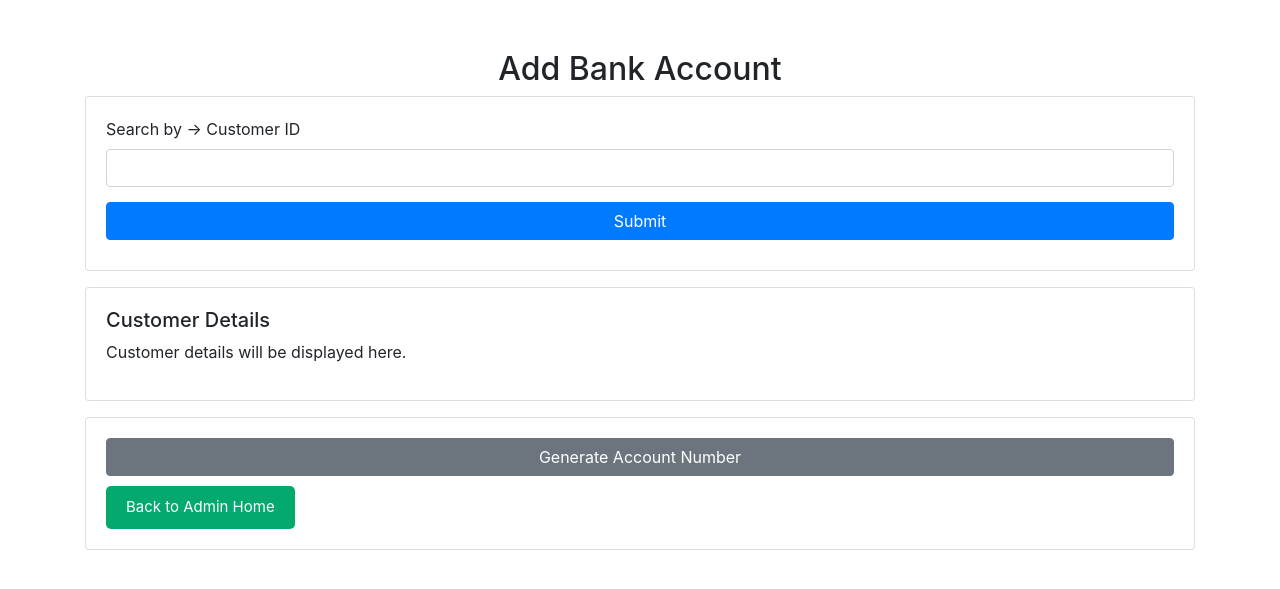
Repository: SuyashAwasthy/Javaee
Page: http://localhost/13-bank-application-mvc/addBankAccountNumber.jsp
The author's editor kept a copy of each file at every save. The page is drawn from the files as they stood at one save, then again after the next save.
The browser window is 1280 px wide. The pictures show the whole page.
The page is served by Tomcat 9.

Above is the page before, as saved 2024-07-22 09:30:39.

After the next save:
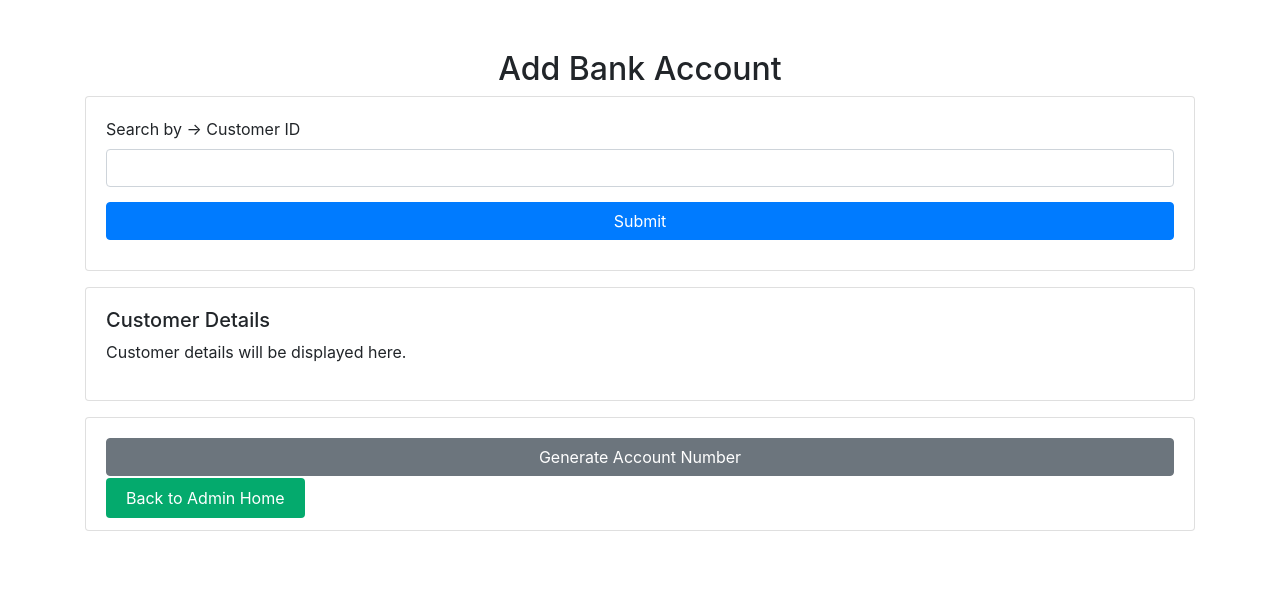
Saved 47 s later.
--- a/13-bank-application-mvc/WebContent/css/styles.css
+++ b/13-bank-application-mvc/WebContent/css/styles.css
@@ -1,13 +1,12 @@
 .button {
-  background-color: #04AA6D;
-  border: none;
-  color: white;
   padding: 10px 20px;
-  text-align: center;
-  text-decoration: none;
-  display: inline-block;
-  font-size: 15px;
-  border-radius: 5px;
+    background-color: #04AA6D;
+    color: white;
+    border: none;
+    border-radius: 4px;
+    font-size: 16px;
+    cursor: pointer;
+    transition: background-color 0.3s ease;
 
 }
 
